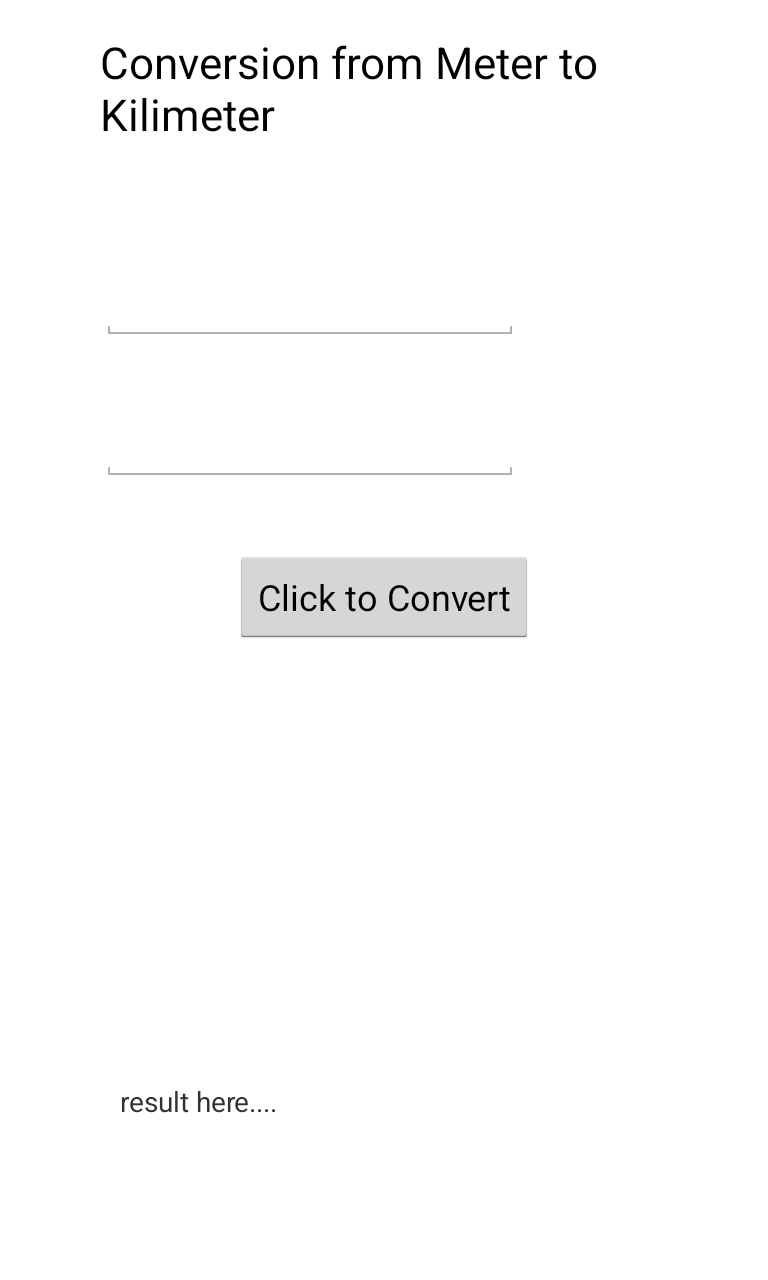
Repository: Shruthi06/designed-droid
Layout: Mock_converter/res/layout/activity_main.xml
The author's editor kept a copy of each file at every save. The layout is drawn from the files as they stood at one save, then again after the next save.
It is drawn on a 768 x 1280 px phone screen (xhdpi) without system bars, with theme AppTheme; the app's code is not run.

Above is the layout before, as saved 2016-02-08 08:25:13.

After the next save:
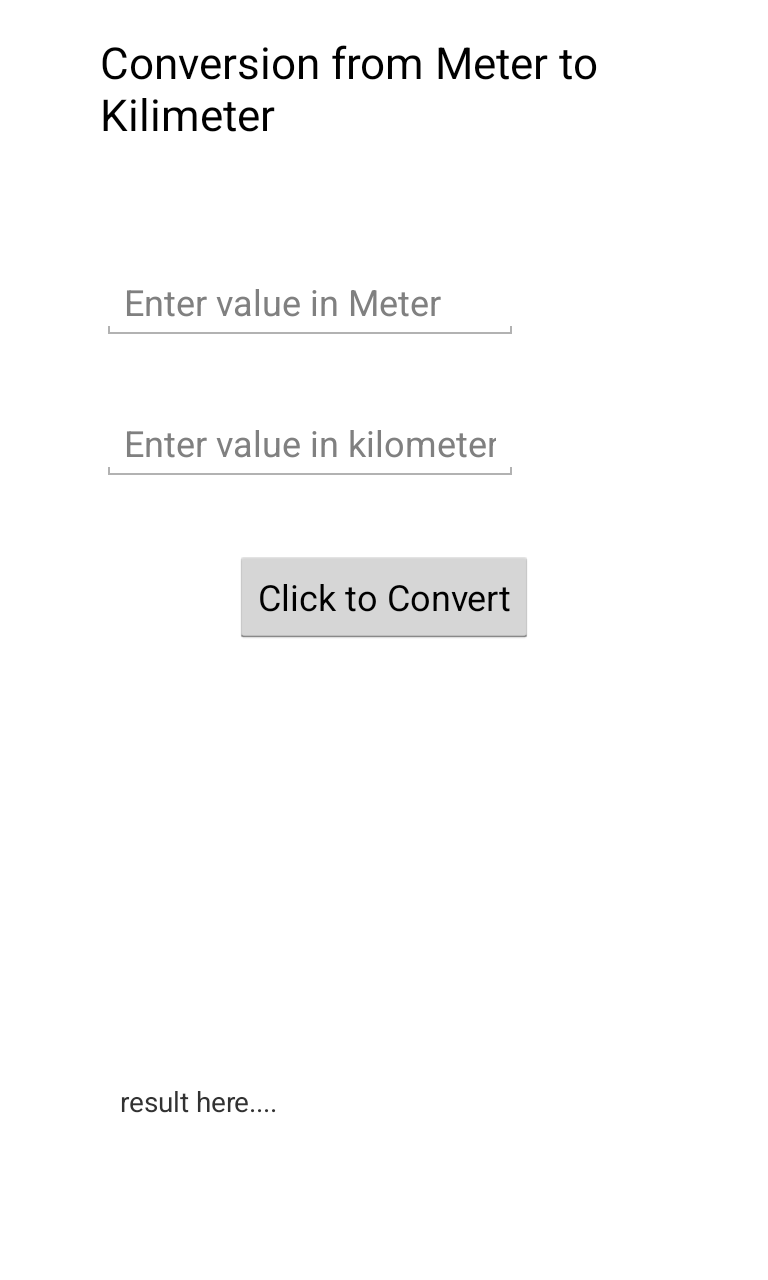
Saved 3 min 2 s later.
--- a/Mock_converter/res/layout/activity_main.xml
+++ b/Mock_converter/res/layout/activity_main.xml
@@ -25,7 +25,9 @@
         android:layout_below="@+id/textView1"
         android:layout_marginLeft="34dp"
         android:layout_marginTop="60dp"
-        android:ems="10" />
+        android:inputType="numberDecimal"
+        android:ems="10"
+        android:hint="Enter value in Meter" />
 
     <EditText
         android:id="@+id/edit_km"
@@ -34,7 +36,9 @@
         android:layout_alignLeft="@+id/edit_meter"
         android:layout_below="@+id/edit_meter"
         android:layout_marginTop="31dp"
-        android:ems="10" />
+        android:ems="10"
+        android:inputType="numberDecimal"
+        android:hint="Enter value in kilometer" />
 
     <TextView
         android:id="@+id/view_result"
